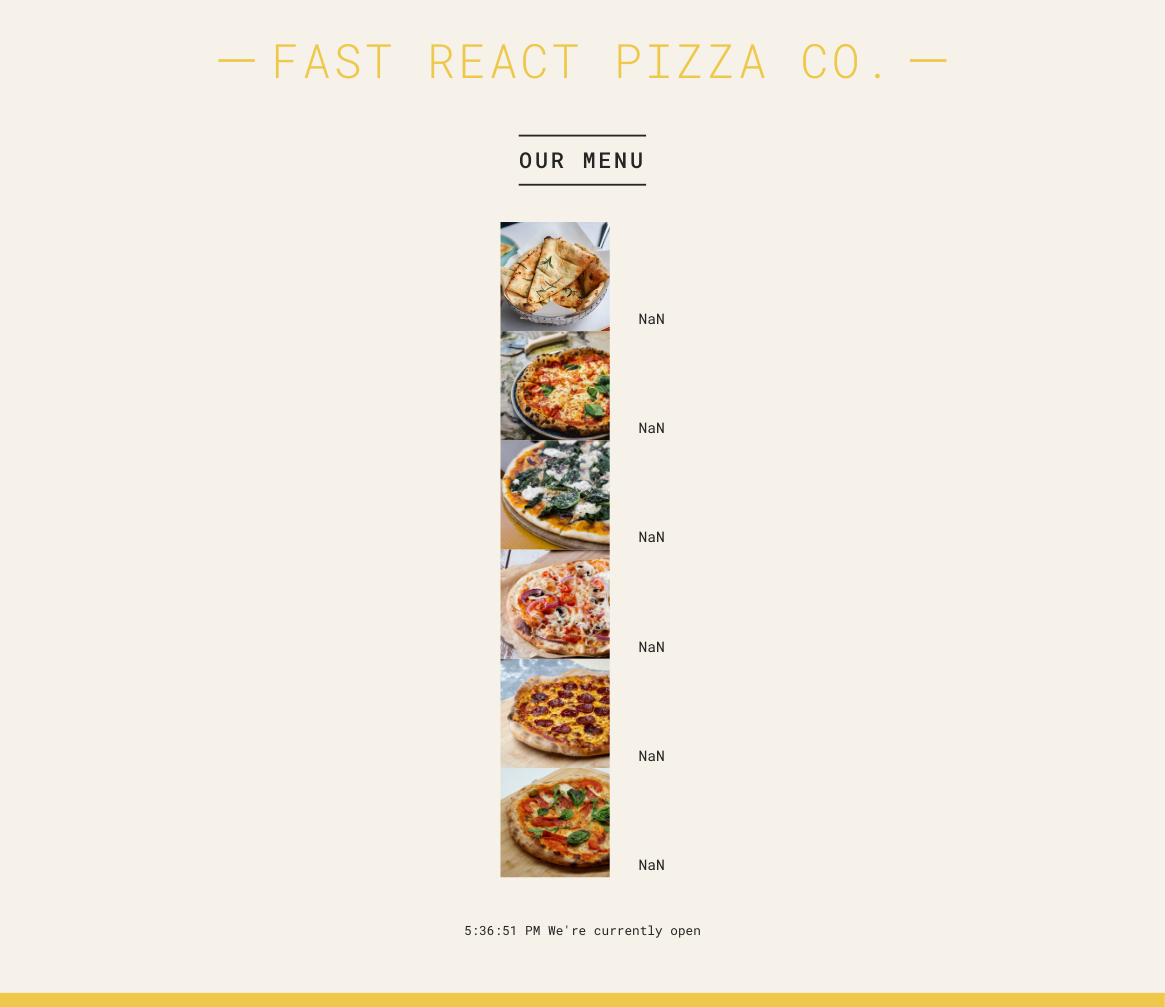
Repository: ahmedharidy/First-React-App
Page: /
These files come from the project's save history. The page is drawn as it stood at one moment and after the next save; the edit follows.
The browser window is 1280 px wide. The pictures show the whole page, at 91% of full size.
The project was rebuilt for these pictures with package versions that can differ from the ones it lists, and the page was loaded fresh each time.

Above is the page before, as saved 2026-09-23 00:02:35.

### src/index.js
import React from "react";
import ReactDOM from "react-dom/client";
import "./index.css";

const pizzaData = [
  {
    name: "Focaccia",
    ingredients: "Bread with italian olive oil and rosemary",
    price: 6,
    photoName: "pizzas/focaccia.jpg",
    soldOut: false,
  },
  {
    name: "Pizza Margherita",
    ingredients: "Tomato and mozarella",
    price: 10,
    photoName: "pizzas/margherita.jpg",
    soldOut: false,
  },
  {
    name: "Pizza Spinaci",
    ingredients: "Tomato, mozarella, spinach, and ricotta cheese",
    price: 12,
    photoName: "pizzas/spinaci.jpg",
    soldOut: false,
  },
  {
    name: "Pizza Funghi",
    ingredients: "Tomato, mozarella, mushrooms, and onion",
    price: 12,
    photoName: "pizzas/funghi.jpg",
    soldOut: false,
  },
  {
    name: "Pizza Salamino",
    ingredients: "Tomato, mozarella, and pepperoni",
    price: 15,
    photoName: "pizzas/salamino.jpg",
    soldOut: true,
  },
  {
    name: "Pizza Prosciutto",
    ingredients: "Tomato, mozarella, ham, aragula, and burrata cheese",
    price: 18,
    photoName: "pizzas/prosciutto.jpg",
    soldOut: false,
  },
];
function App() {
  return (
    <div className="container">
      <Header />
      <Menu />
      <Footer />
    </div>
  );
}

function Header() {
  //   const style = { color: "red", fontSize: "48px", textTransform: "uppercase" };
  const style = {};
  return (
    <header className="header">
      <h1 style={style}>Fast react pizza co.</h1>
    </header>
  );
}
function Menu() {
  return (
    <main className="menu">
      <h2>Our menu</h2>

      <div>
        {pizzaData.map((pizza) => (
          <Pizza pizzaObj={pizza} />
        ))}
      </div>
      {/* <Pizza
        name="pizza spinaci"
        ingredient="Bread with italian olive oil and rosemary"
        photoName="pizzas/spinaci.jpg"
        price={10}
      />

      <Pizza
        name="pizza funghi"
        ingredient="Bread with tomato and mushrooms"
        photoName="pizzas/funghi.jpg"
        price={50}
      /> */}
    </main>
  );
}

function Pizza(props) {
  console.log(props);
  return (
    <div className="pizza">
      <img src={props.pizzaObj.photoName} alt={props.name}></img>
      <div>
        <h3>{props.name}</h3>
        <p>{props.ingredient}</p>
        <span>{props.price + 3}</span>
      </div>
    </div>
  );
}

function Footer() {
  const hour = new Date().getHours();
  const openHour = 12;
  const closeHour = 22;
  const isOpen = hour >= openHour && hour <= closeHour;

  //   if (hour >= openHour && hour <= closeHour) alert("were currently open!");
  //   else alert("sorry were closed");

  return (
    <footer className="footer">
      {new Date().toLocaleTimeString()} We're currently open
    </footer>
  );
  //   return React.createElement("footer", null, "we're currently open");
}

const root = ReactDOM.createRoot(document.getElementById("root"));

root.render(<App />);

Loaded but not shown: public/index.html (common file); src/index.css (common file)

After the next save:
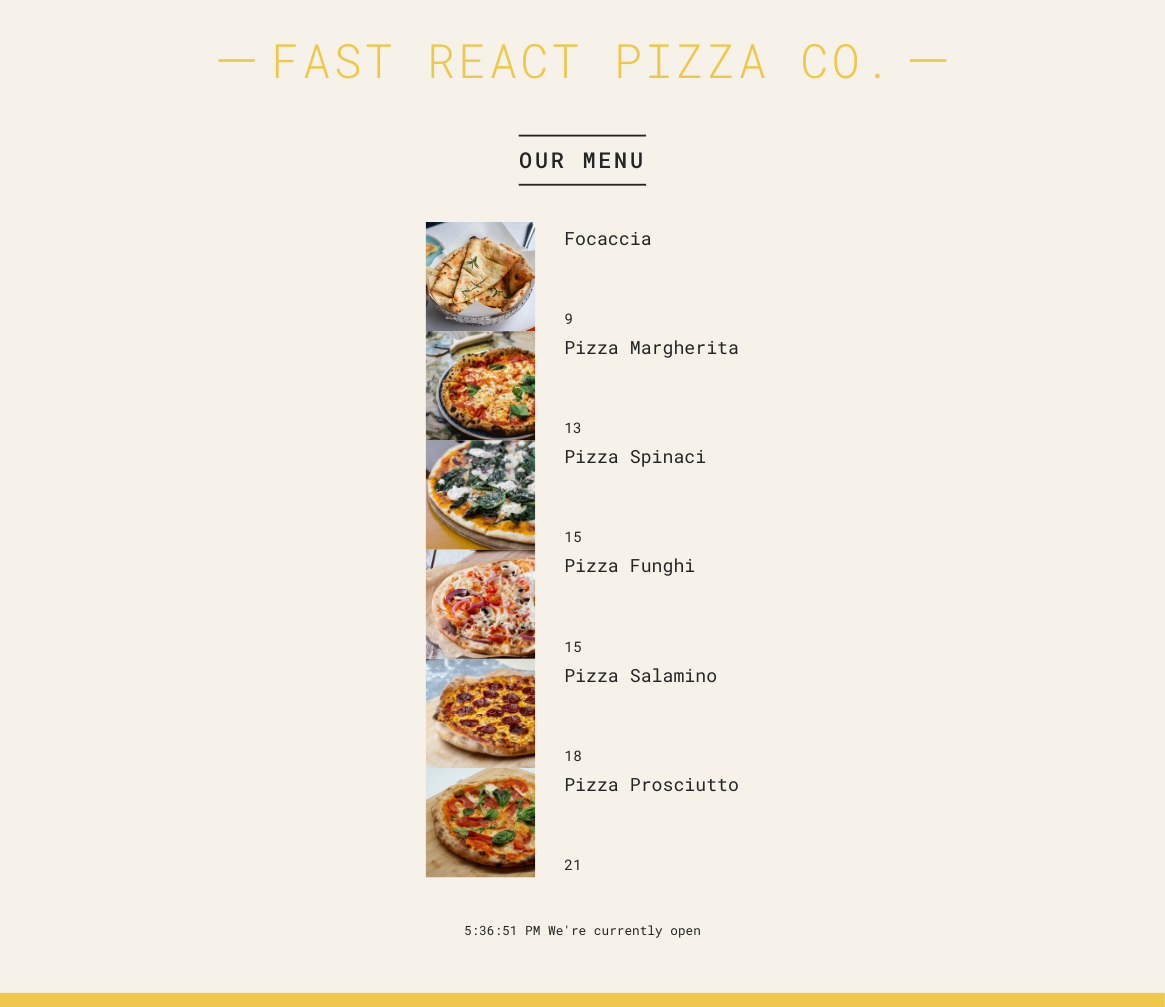
Saved 35 s later.
--- a/src/index.js
+++ b/src/index.js
@@ -96,11 +96,11 @@ function Pizza(props) {
   console.log(props);
   return (
     <div className="pizza">
-      <img src={props.pizzaObj.photoName} alt={props.name}></img>
+      <img src={props.pizzaObj.photoName} alt={props.pizzaObj.name}></img>
       <div>
-        <h3>{props.name}</h3>
-        <p>{props.ingredient}</p>
-        <span>{props.price + 3}</span>
+        <h3>{props.pizzaObj.name}</h3>
+        <p>{props.pizzaObj.ingredient}</p>
+        <span>{props.pizzaObj.price + 3}</span>
       </div>
     </div>
   );
